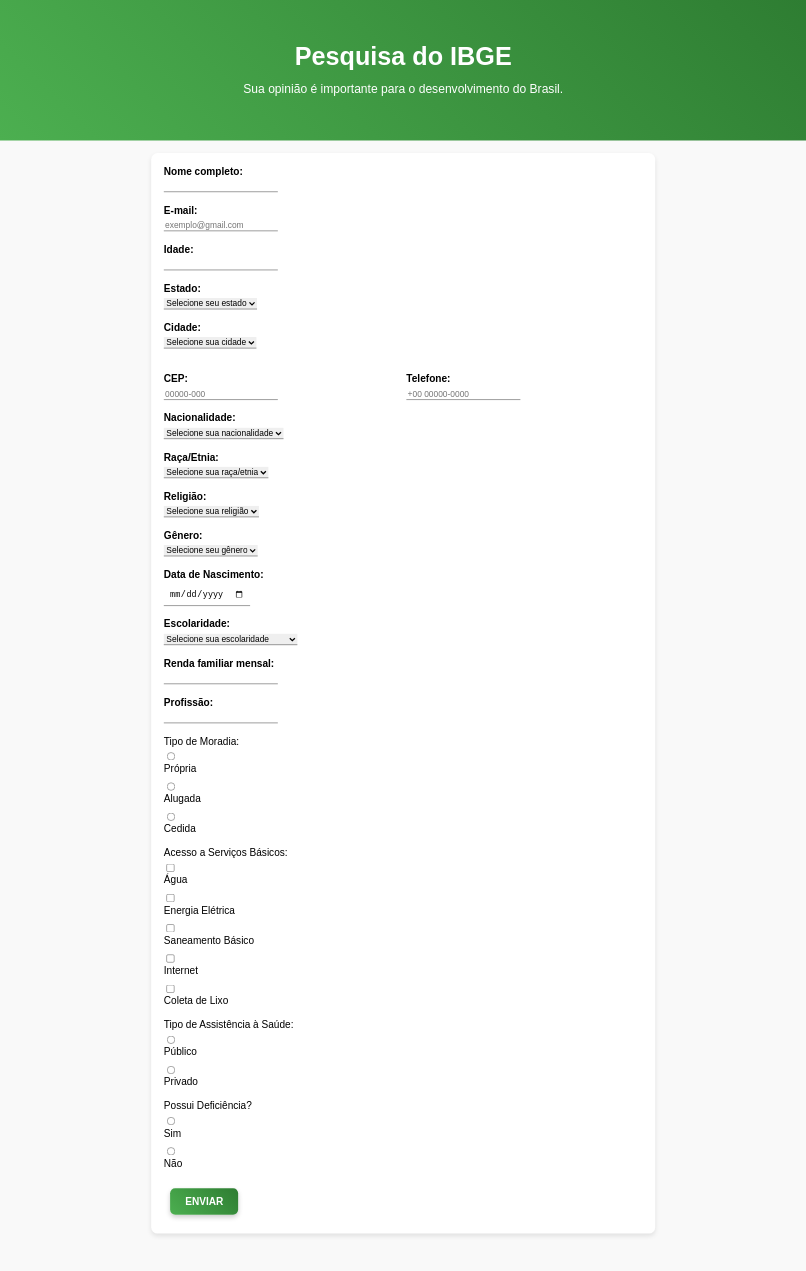
Repository: Gabrielb0rn/Projeto-Formul-rio.io
Page: index.html
These files come from the project's save history. The page is drawn as it stood at one moment and after the next save; the edit follows.
The browser window is 1280 px wide. The pictures show the whole page, at 63% of full size.

Above is the page before, as saved 2024-07-01 08:46:50.

### index.html
<!DOCTYPE html>
<html lang="pt-BR">
<head>
    <meta charset="UTF-8">
    <meta name="viewport" content="width=device-width, initial-scale=1.0">
    <title>Pesquisa do IBGE</title>
    <link rel="stylesheet" href="assets/style.css">
</head>
<body>
    <header>
        <div class="container">
            <h1>Pesquisa do IBGE</h1>
            <p>Sua opinião é importante para o desenvolvimento do Brasil.</p>
        </div>
    </header>
    <main>
        <div class="container">
            <form id="form">
                <div class="form-group">
                    <label for="nome">Nome completo:</label>
                    <input type="text" id="nome" name="nome" required>
                </div>
                <div class="form-group">
                    <label for="email">E-mail:</label>
                    <input type="email" id="email" name="email" required placeholder="exemplo@gmail.com">
                </div>
                <div class="form-group">
                    <label for="idade">Idade:</label>
                    <input type="number" id="idade" name="idade" required>
                </div>
                <div class="form-group">
                    <label for="estado">Estado:</label>
                    <select id="estado" name="estado" required>
                        <option value="">Selecione seu estado</option>
                        <option value="AC">Acre</option>
                        <option value="AL">Alagoas</option>
                        <option value="AP">Amapá</option>
                        <option value="AM">Amazonas</option>
                        <option value="BA">Bahia</option>
                        <option value="CE">Ceará</option>
                        <option value="DF">Distrito Federal</option>
                        <option value="ES">Espírito Santo</option>
                        <option value="GO">Goiás</option>
                        <option value="MA">Maranhão</option>
                        <option value="MG">Minas Gerais</option>
                        <option value="MS">Mato Grosso do Sul</option>
                        <option value="MT">Mato Grosso</option>
                        <option value="PA">Pará</option>
                        <option value="PB">Paraíba</option>
                        <option value="PE">Pernambuco</option>
                        <option value="PI">Piauí</option>
                        <option value="PR">Paraná</option>
                        <option value="RJ">Rio de Janeiro</option>
                        <option value="RN">Rio Grande do Norte</option>
                        <option value="RO">Rondônia</option>
                        <option value="RR">Roraima</option>
                        <option value="RS">Rio Grande do Sul</option>
                        <option value="SC">Santa Catarina</option>
                        <option value="SE">Sergipe</option>
                        <option value="SP">São Paulo</option>
                        <option value="TO">Tocantins</option>
                    </select>
                </div>
                <div class="form-group inline-group">
                    <div class="form-group">
                        <label for="cidade">Cidade:</label>
                        <select id="cidade" name="cidade" required>
                            <option value="">Selecione sua cidade</option>
                        </select>
                    </div>
                </div>
                <div class="form-group inline-group">
                    <div>
                        <label for="cep">CEP:</label>
                        <input type="text" id="cep" name="cep" required placeholder="00000-000">
                    </div>
                    <div>
                        <label for="telefone">Telefone:</label>
                        <input type="tel" id="telefone" name="telefone" required placeholder="+00 00000-0000">
                    </div>
                </div>
                <div class="form-group">
                    <label for="nacionalidade">Nacionalidade:</label>
                    <select id="nacionalidade" name="nacionalidade" required>
                        <option value="">Selecione sua nacionalidade</option>
                        <option value="Brasileiro">Brasileiro</option>
                        <option value="Estrangeiro">Estrangeiro</option>
                    </select>
                </div>
                <div class="form-group">
                    <label for="raca">Raça/Etnia:</label>
                    <select id="raca" name="raca" required>
                        <option value="">Selecione sua raça/etnia</option>
                        <option value="Branca"></option>
                        <option value="Preta"></option>
                        <option value="Parda"></option>
                        <option value="Amarela"></option>
                        <option value="Indígena"></option>
                        <option value="Alien"></option>
                    </select>
                </div>
                <div class="form-group">
                    <label for="religiao">Religião:</label>
                    <select id="religiao" name="religiao" required>
                        <option value="">Selecione sua religião</option>
                        <option value="Católica"></option>
                        <option value="Evangélica"></option>
                        <option value="Espírita"></option>
                        <option value="Outras"></option>
                    </select>
                </div>
                <div class="form-group">
                    <label for="genero">Gênero:</label>
                    <select id="genero" name="genero" required>
                        <option value="">Selecione seu gênero</option>
                        <option value="Masculino">Masculino</option>
                        <option value="Feminino">Feminino</option>
                        <option value="Outro">Outro</option>
                    </select>
                </div>
                <div class="form-group">
                    <label for="data_nascimento">Data de Nascimento:</label>
                    <input type="date" id="data_nascimento" name="data_nascimento" required>
                </div>
                <div class="form-group">
                    <label for="escolaridade">Escolaridade:</label>
                    <select id="escolaridade" name="escolaridade" required>
                        <option value="">Selecione sua escolaridade</option>
                        <option value="Ensino Fundamental Incompleto">Ensino Fundamental Incompleto</option>
                        <option value="Ensino Fundamental Completo">Ensino Fundamental Completo</option>
                        <option value="Ensino Médio Incompleto">Ensino Médio Incompleto</option>
                        <option value="Ensino Médio Completo">Ensino Médio Completo</option>
                        <option value="Superior Incompleto">Superior Incompleto</option>
                        <option value="Superior Completo">Superior Completo</option>
                        <option value="Pós-Graduação">Pós-Graduação</option>
                    </select>
                </div>
                <div class="form-group">
                    <label for="renda">Renda familiar mensal:</label>
                    <input type="number" id="renda" name="renda" required>
                </div>
                <div class="form-group">
                    <label for="profissao">Profissão:</label>
                    <input type="text" id="profissao" name="profissao">
                </div>
                <div class="form-group radio-group">
                    <label>Tipo de Moradia:</label>
                    <div>
                        <input type="radio" id="propria" name="moradia" value="propria">
                        <label for="propria">Própria</label>
                    </div>
                    <div>
                        <input type="radio" id="alugada" name="moradia" value="alugada">
                        <label for="alugada">Alugada</label>
                    </div>
                    <div>
                        <input type="radio" id="cedida" name="moradia" value="cedida">
                        <label for="cedida">Cedida</label>
                    </div>
                </div>
                <div class="form-group checkbox-group">
                    <label>Acesso a Serviços Básicos:</label>
                    <div>
                        <input type="checkbox" id="agua" name="servicos" value="agua">
                        <label for="agua">Água</label>
                    </div>
                    <div>
                        <input type="checkbox" id="energia" name="servicos" value="energia">
                        <label for="energia">Energia Elétrica</label>
                    </div>
                    <div>
                        <input type="checkbox" id="saneamento" name="servicos" value="saneamento">
                        <label for="saneamento">Saneamento Básico</label>
                    </div>
                    <div>
                        <input type="checkbox" id="internet" name="servicos" value="internet">
                        <label for="internet">Internet</label>
                    </div>
                    <div>
                        <input type="checkbox" id="coleta" name="servicos" value="coleta">
                        <label for="coleta">Coleta de Lixo</label>
                    </div>
                </div>
                <div class="form-group radio-group">
                    <label>Tipo de Assistência à Saúde:</label>
                    <div>
                        <input type="radio" id="publico" name="saude" value="publico">
                        <label for="publico">Público</label>
                    </div>
                    <div>
                        <input type="radio" id="privado" name="saude" value="privado">
                        <label for="privado">Privado</label>
                    </div>
                </div>
                <div class="form-group radio-group">
                    <label>Possui Deficiência?</label>
                    <div>
                        <input type="radio" id="sim" name="deficiencia" value="sim">
                        <label for="sim">Sim</label>
                    </div>
                    <div>
                        <input type="radio" id="nao" name="deficiencia" value="nao">
                        <label for="nao">Não</label>
                    </div>
                </div>
                <button type="submit" class="btn">Enviar</button>
            </form>
        </div>
    </main>
    <script src="assets\scripts.js"></script>
</body>
</html>

### assets/style.css
/* Estilos Globais */
body {
    font-family: 'Arial', sans-serif;
    margin: 0;
    padding: 0;
    background-color: #f9f9f9;
}

header {
    background: linear-gradient(45deg, #4CAF50, #2E7D32);
    color: white;
    padding: 20px 0;
    text-align: center;
}

.container {
    width: 90%;
    max-width: 800px;
    margin: 0 auto;
    padding: 20px;
}

/* Estilos de Texto */
h1 {
    font-size: 2.5em;
    margin-bottom: 10px;
}

p {
    font-size: 1.2em;
    margin-bottom: 30px;
}

/* Estilos do Formulário */
form {
    background-color: white;
    padding: 20px;
    border-radius: 10px;
    box-shadow: 0 4px 8px rgba(0, 0, 0, 0.1);
    margin-bottom: 40px;
}

.form-group {
    margin-bottom: 20px;
}

label {
    display: block;
    margin-bottom: 5px;
    font-weight: bold;
}

input, select {
    border:none;
    border-bottom: solid 1px #666;
    outline:none;
}

input[type="radio"], input[type="checkbox"] {
    width: auto;
    margin-right: 10px;
}

input[type="date"] {
    padding: 9px;
}

button {
    background: linear-gradient(45deg, #4CAF50, #2E7D32);
    color: white;
    border: none;
    padding: 15px 30px;
    text-align: center;
    cursor: pointer;
    border-radius: 5px;
    font-size: 1.2em;
    margin-top: 20px;
    transition: background 0.3s ease, transform 0.2s ease;
    box-shadow: 0 4px 8px rgba(0, 0, 0, 0.1);
}

button:hover {
    background: linear-gradient(45deg, #45a049, #388E3C);
    transform: translateY(-2px);
}

/* Estilos Responsivos */
@media (max-width: 600px) {
    h1 {
        font-size: 2em;
    }

    p {
        font-size: 1em;
    }

    form {
        padding: 15px;
    }

    button {
        width: 100%;
        padding: 15px;
    }
}

.btn {
    display: inline-block;
    padding: 12px 24px;
    font-size: 1em;
    font-weight: bold;
    text-transform: uppercase;
    text-decoration: none;
    color: white;
    background: linear-gradient(45deg, #4CAF50, #2E7D32);
    border: none;
    border-radius: 8px;
    box-shadow: 0 4px 8px rgba(0, 0, 0, 0.2);
    cursor: pointer;
    transition: all 0.3s ease;
    margin: 10px;
}

.btn:hover {
    background: linear-gradient(45deg, #45a049, #388E3C);
    transform: translateY(-2px);
    box-shadow: 0 6px 12px rgba(0, 0, 0, 0.3);
}

.btn:active {
    transform: translateY(0);
    box-shadow: 0 4px 8px rgba(0, 0, 0, 0.2);
}

/* Estilos de Grupo de Inputs */
.form-group.inline-group {
    display: flex;
    flex-wrap: wrap;
    justify-content: space-between;
}

.form-group.inline-group > div {
    flex: 1;
    min-width: 45%;
}

.form-group.inline-group > div:not(:last-child) {
    margin-right: 10px;
}

/* Estilos de Serviços Básicos e Tipo de Moradia */
.form-group.checkbox-group, .form-group.radio-group {
    display: fixed;
    flex-wrap: wrap;
}

.form-group.checkbox-group > div, .form-group.radio-group > div {
    flex: 1;
    min-width: 45%;
    margin-bottom: 10px;
}

.form-group.checkbox-group label, .form-group.radio-group label {
    font-weight: normal;
}

### assets/scripts.js
document.addEventListener('DOMContentLoaded', function() {
    const estadoSelect = document.getElementById('estado');
    const cidadeSelect = document.getElementById('cidade');

    const cidadesPorEstado = {
        "AC": ["Rio Branco", "Cruzeiro do Sul", "Sena Madureira"],
        "AL": ["Maceió", "Arapiraca", "Palmeira dos Índios"],
        "AP": ["Macapá", "Santana", "Laranjal do Jari"],
        "AM": ["Manaus", "Parintins", "Itacoatiara"],
        "BA": ["Salvador", "Feira de Santana", "Vitória da Conquista"],
        "CE": ["Fortaleza", "Caucaia", "Juazeiro do Norte"],
        "DF": ["Brasília"],
        "ES": ["Vitória", "Vila Velha", "Serra"],
        "GO": ["Goiânia", "Aparecida de Goiânia", "Anápolis"],
        "MA": ["São Luís", "Imperatriz", "Timon"],
        "MG": ["Belo Horizonte", "Uberlândia", "Contagem"],
        "MS": ["Campo Grande", "Dourados", "Três Lagoas"],
        "MT": ["Cuiabá", "Várzea Grande", "Rondonópolis"],
        "PA": ["Belém", "Ananindeua", "Santarém"],
        "PB": ["João Pessoa", "Campina Grande", "Santa Rita"],
        "PE": ["Recife", "Jaboatão dos Guararapes", "Olinda"],
        "PI": ["Teresina", "Parnaíba", "Picos"],
        "PR": ["Curitiba", "Londrina", "Maringá"],
        "RJ": ["Rio de Janeiro", "Niterói", "Duque de Caxias"],
        "RN": ["Natal", "Mossoró", "Parnamirim"],
        "RO": ["Porto Velho", "Ji-Paraná", "Ariquemes"],
        "RR": ["Boa Vista", "Rorainópolis", "Caracaraí"],
        "RS": ["Porto Alegre", "Caxias do Sul", "Pelotas"],
        "SC": ["Florianópolis", "Joinville", "Blumenau"],
        "SE": ["Aracaju", "Nossa Senhora do Socorro", "Lagarto"],
        "SP": ["São Paulo", "Campinas", "São Bernardo do Campo"],
        "TO": ["Palmas", "Araguaína", "Gurupi"]
    };

    estadoSelect.addEventListener('change', function() {
        const estadoSelecionado = estadoSelect.value;
        cidadeSelect.innerHTML = '<option value="">Selecione sua cidade</option>'; //Script para limpar as outras opc

        if (estadoSelecionado) {
            const cidades = cidadesPorEstado[estadoSelecionado];
            cidades.forEach(function(cidade) {
                const option = document.createElement('option');
                option.value = cidade;
                option.textContent = cidade;
                cidadeSelect.appendChild(option);
            });
        }
    });
});

After the next save:
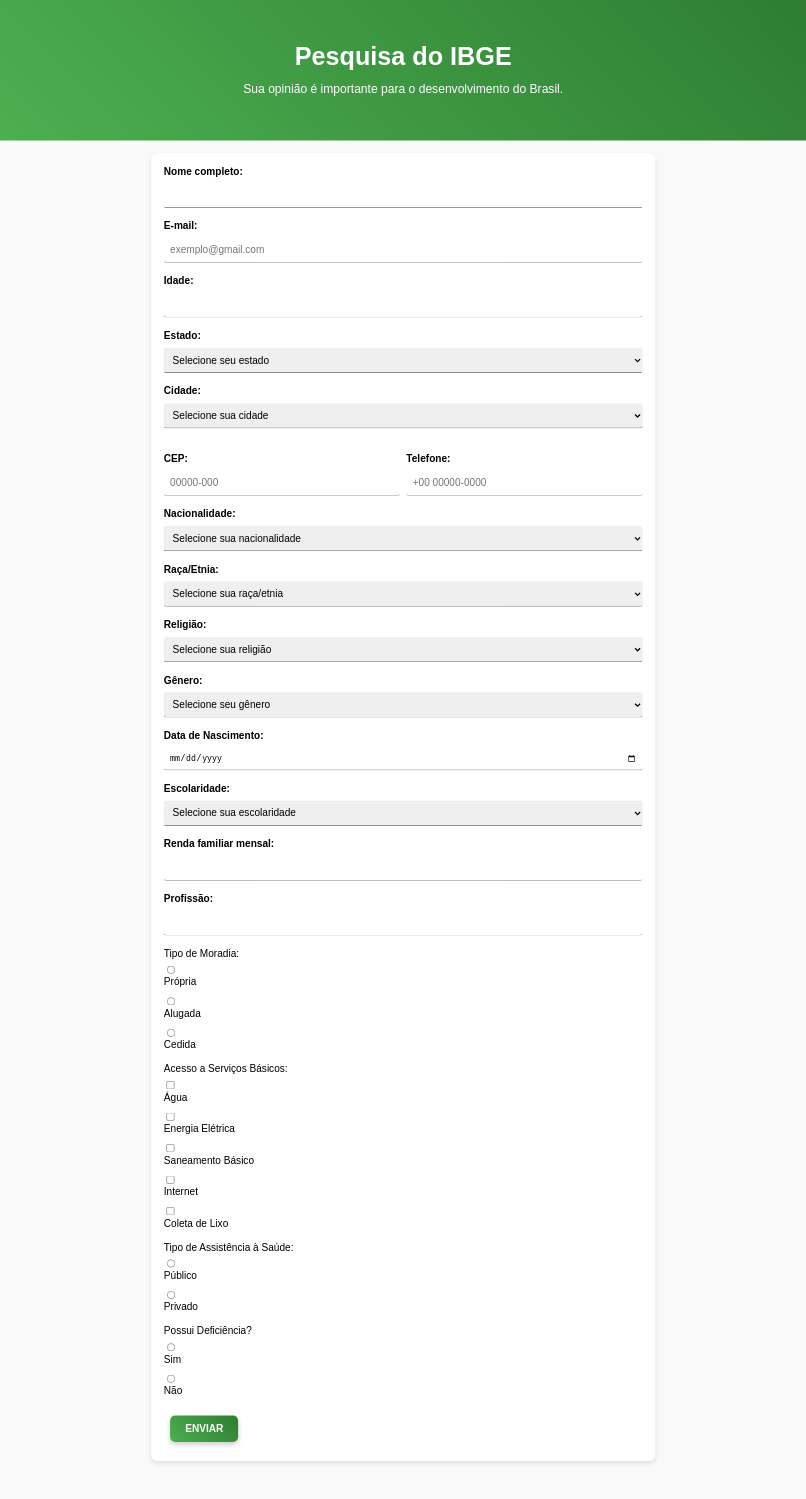
Saved 22 s later.
--- a/assets/style.css
+++ b/assets/style.css
@@ -51,6 +51,13 @@
 }
 
 input, select {
+    width: 100%;
+    padding: 10px;
+    border: 1px solid #ddd;
+    border-radius: 4px;
+    box-sizing: border-box;
+    font-size: 1em;
+    margin-top: 5px;
     border:none;
     border-bottom: solid 1px #666;
     outline:none;
